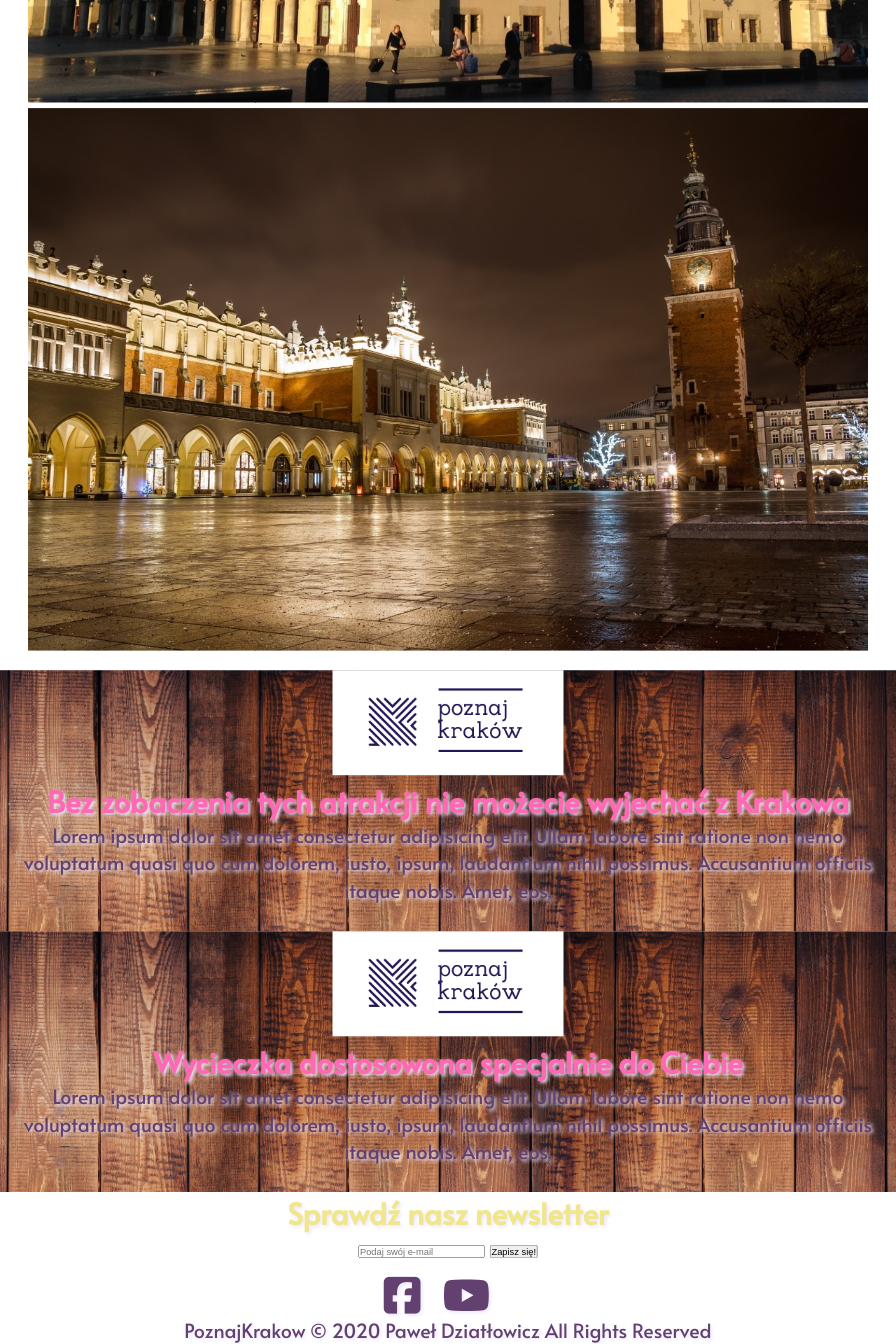
Repository: DZIALEK/projekt1
Page: projekt1.html
The author's editor kept a copy of each file at every save. The page is drawn from the files as they stood at one save, then again after the next save.
The browser window is 1280 px wide. The pictures show the part of the page from y = 2828 to 4748 px (the page is 4748 px tall), at 70% of full size.
Some icons come from a web library that is not loaded, so they are not drawn. A picture or video elsewhere on the page could not be fetched, so the positions and the page height are approximate. Some web libraries are served in a nearby version.

Above is the page before, as saved 2020-07-15 00:59:50.

After the next save:
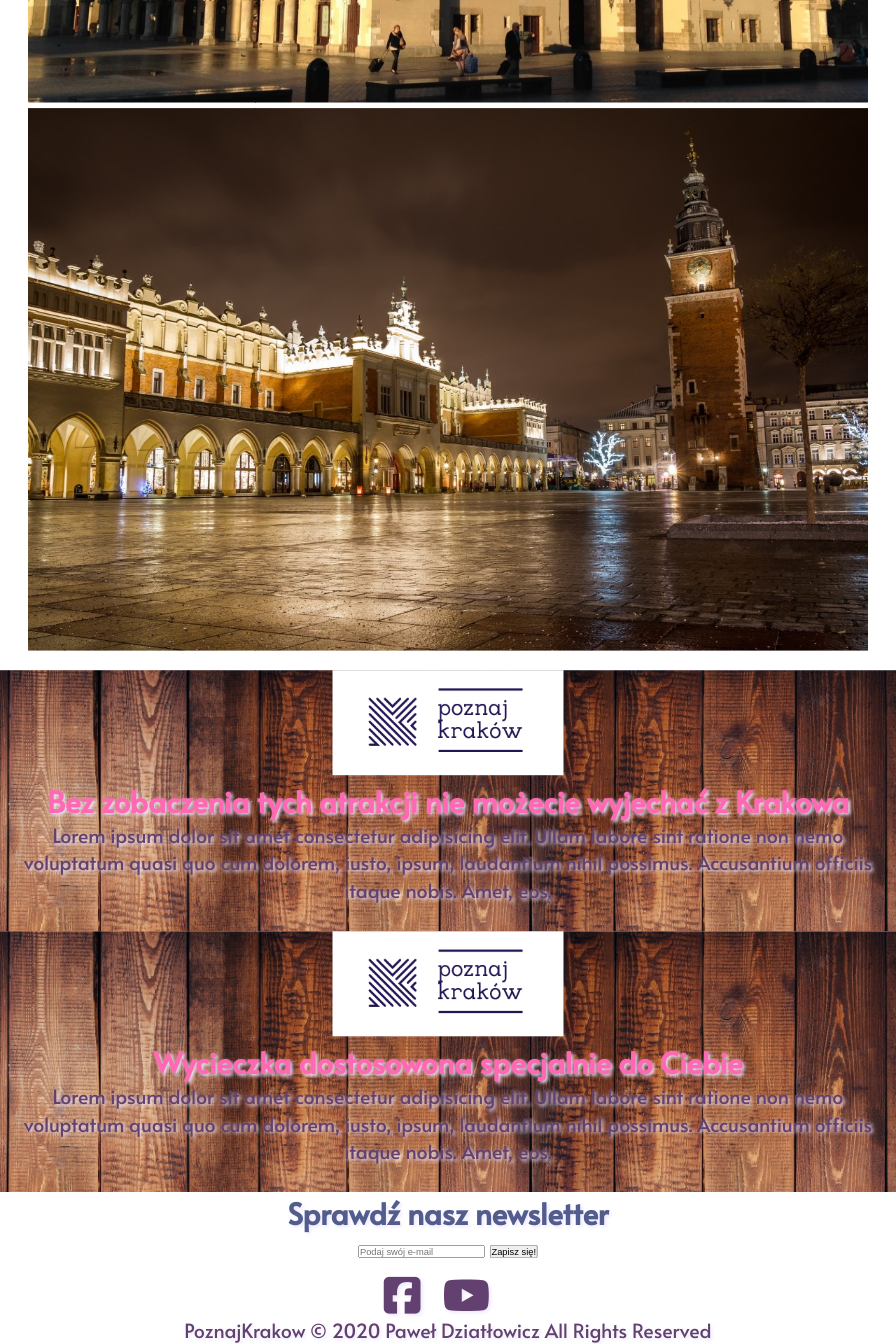
Saved 14 s later.
--- a/projekt1.css
+++ b/projekt1.css
@@ -189,5 +189,5 @@ nav a:hover {
 }
 
 .section-newsletter h2 {
-    color: khaki;
+    color: rgb(82, 93, 141);
 }
